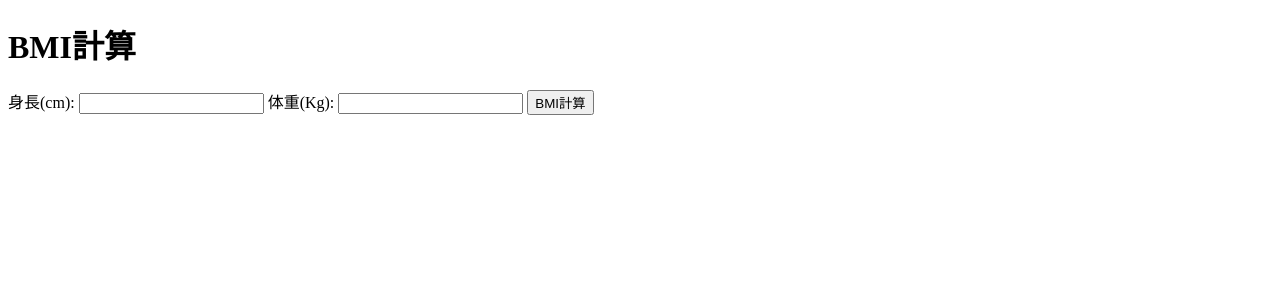
Repository: tppei/PHP
Page: http://localhost/htdocs/php22/challenge_func.php
The author's editor kept a record of every edit. The page is drawn from the files as they stood at one moment, then again after the next edit.
The browser window is 1280 px wide. The pictures show the whole page.
The page is run by PHP 8.4 with error messages shown; the project is at /var/www/html/.

Above is the page before.

### htdocs/php22/challenge_func.php
<?php

// エラーメッセージ用配列
$err_msg = [];

// 初期化
$height = '';
$weight = '';
$bmi    = '';

// リクエストメソッド取得
$request_method = get_request_method();

// POSTの場合
if ($request_method === 'POST') {

    // POSTデータ取得
    $height = get_post_data('height');
    $weight = get_post_data('weight');

    // 身長の値が小数かチェック
    if (check_float($height) !== TRUE) {
        $err_msg[] = '身長は数値を入力してください';
    }

    // 体重の値が小数かチェック
    if (check_float($weight) !== TRUE) {
        $err_msg[] = '体重は数値を入力してください';
    }

    // エラーがない場合
    if (count($err_msg) === 0) {
        // BMI算出
        $bmi = calc_bmi($height, $weight);
    }

}


/**
* BMIを計算
* @param mixed $height 身長
* @param mixed $weight 体重
* @return float BMI
*/
/////////////////////
// calc_bmi関数作成
/////////////////////

 function calc_bmi($height,$weight){

     $bmi = $weight / $height ** 2;
     return float($bmi);
 }

/**
* 値が正の整数又は小数か確認
* @param mixed $float 確認する値
* @return bool TRUEorFALSE
*/
/////////////////////
// check_float関数作成
/////////////////////

/**
* リクエストメソッドを取得
* @return str GET/POST/PUTなど
*/
function get_request_method() {
    return $_SERVER['REQUEST_METHOD'];
}

/**
* POSTデータを取得
* @param str $key 配列キー
* @return str POST値
*/
function get_post_data($key) {

    $str = '';

    if (isset($_POST[$key]) === TRUE) {
        $str = $_POST[$key];
    }

    return $str;

}
?>
<!DOCTYPE html>
<html lang="ja">
<head>
    <meta charset="UTF-8">
    <title>BMI計算</title>
</head>
<body>
    <h1>BMI計算</h1>
    <form method="post">
        身長(cm): <input type="text" name="height" value="<?php print $height ?>">
        体重(Kg): <input type="text" name="weight" value="<?php print $weight ?>">
        <input type="submit" value="BMI計算">
    </form>
<?php if (count($err_msg) > 0) { ?>
<?php     foreach ($err_msg as $value) { ?>
    <p><?php print $value; ?></p>
<?php     } ?>
<?php } ?>
<?php if ($request_method === 'POST' && count($err_msg) ===0) { ?>
    <p>あなたのBMIは<?php print $bmi; ?>です</p>
<?php } ?>
</body>
</html>

After the next edit:
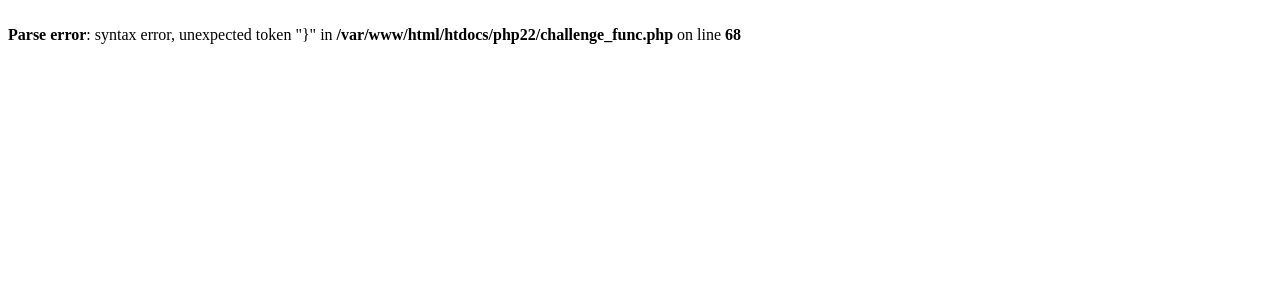
The edit:
--- a/htdocs/php22/challenge_func.php
+++ b/htdocs/php22/challenge_func.php
@@ -62,6 +62,10 @@
 // check_float関数作成
 /////////////////////
 
+ function check_float(){
+
+     mixed
+ }
 /**
 * リクエストメソッドを取得
 * @return str GET/POST/PUTなど
